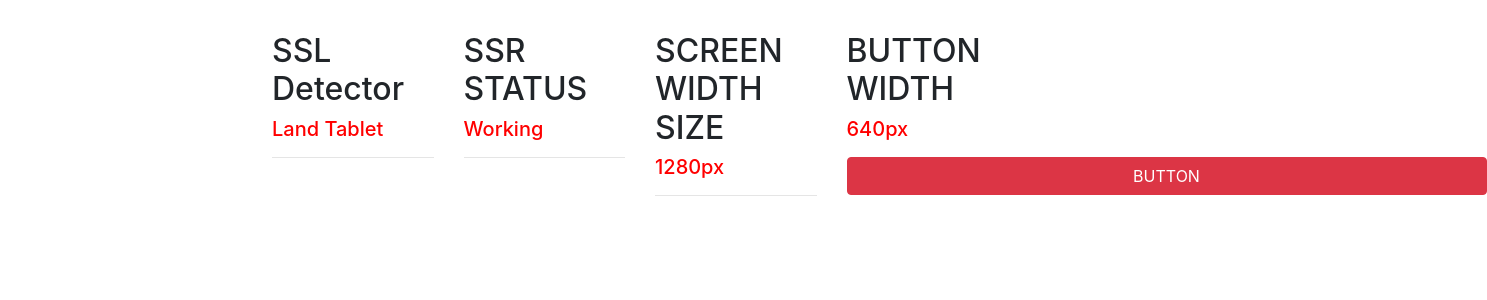
Repository: adrihle/screen-detector-nextpwa
Page: /
An editor plug-in stored every save of this project. The page is shown before and after the next save, followed by the edit.
The browser window is 1280 px wide. The page is 1487 px wide, then 1280 px, so the pictures cover 1487 px, including what lies to the right of the window. The pictures show the whole page.
The project was rebuilt for these pictures with package versions that can differ from the ones it lists, and the page was loaded fresh each time. The framework's server and built-in components were replaced by stand-ins that run in the browser. Imported but missing from the stored project, and not drawn on this page: pages/_document.

Above is the page before, as saved 2020-12-28 15:20:46.

After the next save:
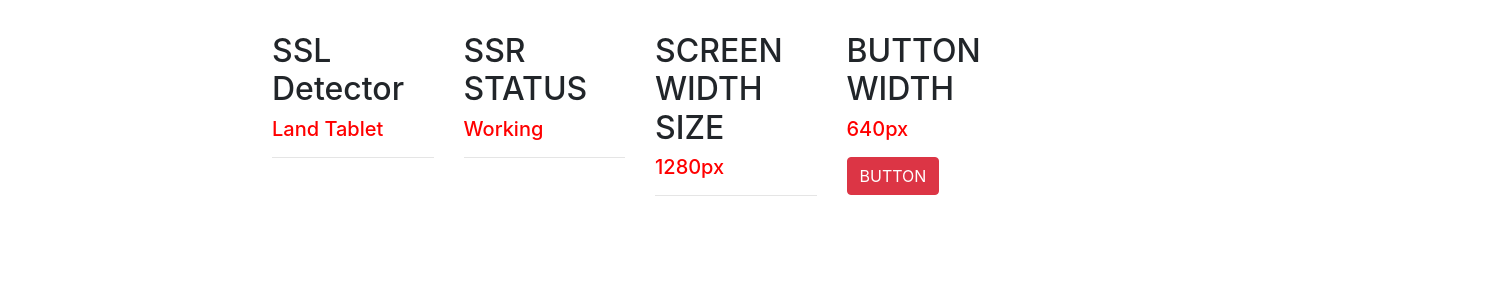
Saved 70 s later.
--- a/pages/index.js
+++ b/pages/index.js
@@ -30,7 +30,7 @@ const Index = ({ server, size, screen }) => {
             <>
               <h2>BUTTON WIDTH</h2>
               <h5 style={{color:'red'}}>{`${btnWidth}px`}</h5>
-              <button style={{width:btnWidth}} className='btn btn-danger mt-2'>BUTTON</button>
+              <button className='btn btn-danger mt-2'>BUTTON</button>
             </>
           )}
         </div>
